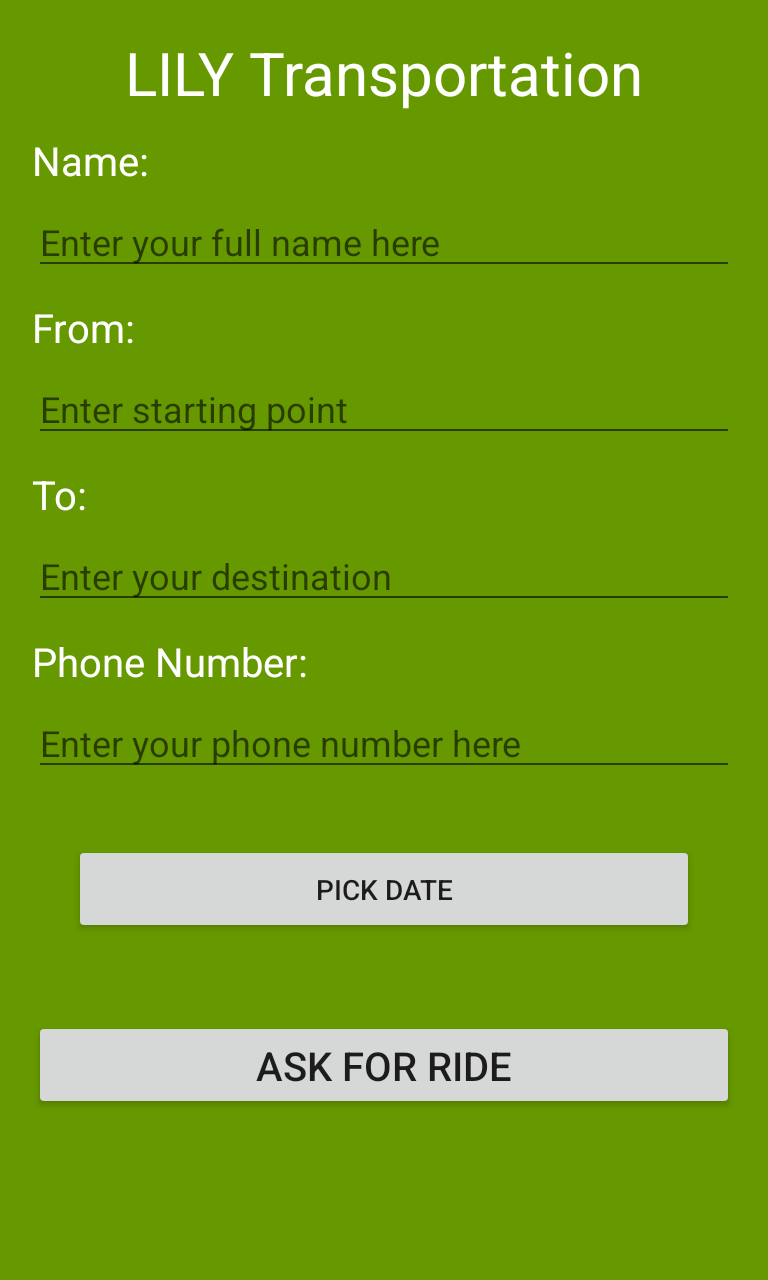
Repository: bwoldemi/LilyTrans
Layout: TransLily/res/layout/activity_main.xml
These files come from the project's save history. The layout is drawn as it stood at one moment and after the next save; the edit follows.
It is drawn on a 768 x 1280 px phone screen (xhdpi) without system bars, with theme AppTheme; the app's code is not run.

Above is the layout before, as saved 2014-09-20 11:28:51.

### TransLily/res/layout/activity_main.xml
<LinearLayout xmlns:android="http://schemas.android.com/apk/res/android"
    xmlns:tools="http://schemas.android.com/tools"
    android:layout_width="match_parent"
    android:layout_height="match_parent"
    android:background="#669900"
    android:orientation="vertical"
    android:paddingBottom="@dimen/activity_vertical_margin"
    android:paddingLeft="@dimen/activity_horizontal_margin"
    android:paddingRight="@dimen/activity_horizontal_margin"
    android:paddingTop="@dimen/activity_vertical_margin"
    android:scrollbars="vertical"
    tools:context="com.example.translily.MainActivity" >

    <TextView
        android:layout_width="fill_parent"
        android:layout_height="wrap_content"
        android:layout_marginBottom="10sp"
        android:gravity="center"
        android:text="@string/lily"
        android:textColor="#FFF"
        android:textSize="30sp" />

    <TextView
        android:layout_width="fill_parent"
        android:layout_height="wrap_content"
        android:layout_marginBottom="5sp"
        android:text="@string/senior_name"
        android:textColor="#FFF"
        android:textSize="20sp" />

    <EditText
        android:id="@+id/name"
        android:layout_width="fill_parent"
        android:layout_height="wrap_content"
        android:layout_marginBottom="10sp"
        android:hint="@string/typein_name"
        android:textColor="#FFF" />

    <TextView
        android:layout_width="fill_parent"
        android:layout_height="wrap_content"
        android:layout_marginBottom="5sp"
        android:text="@string/starting_point"
        android:textColor="#FFF"
        android:textSize="20sp" />

    <EditText
        android:id="@+id/from"
        android:layout_width="fill_parent"
        android:layout_height="wrap_content"
        android:layout_marginBottom="10sp"
        android:hint="@string/starting_location"
        android:textColor="#FFF" />

    <TextView
        android:layout_width="fill_parent"
        android:layout_height="wrap_content"
        android:layout_marginBottom="5sp"
        android:text="@string/destination_point"
        android:textColor="#FFF"
        android:textSize="20sp" />

    <EditText
        android:id="@+id/to"
        android:layout_width="fill_parent"
        android:layout_height="wrap_content"
        android:layout_marginBottom="10sp"
        android:hint="@string/ending_location"
        android:textColor="#FFF" />

    <TextView
        android:layout_width="fill_parent"
        android:layout_height="wrap_content"
        android:layout_marginBottom="5sp"
        android:text="@string/contact_info"
        android:textColor="#FFF"
        android:textSize="20sp" />

    <EditText
        android:id="@+id/phoneNumber"
        android:layout_width="fill_parent"
        android:layout_height="wrap_content"
        android:layout_marginBottom="10sp"
        android:hint="@string/phone_number"
        android:inputType="phone"
        android:textColor="#FFF" />



    <Button

        android:layout_width="fill_parent"
        android:layout_margin="20dp"
        android:layout_height="wrap_content"
        android:onClick="showDatePickerDialog"
        android:text="@string/pick_date" />

    <Button
        android:layout_marginTop="20sp"
        android:layout_width="fill_parent"
        android:layout_height="wrap_content"
        android:onClick="askForRide"
        android:text="@string/button_askride"
        android:textSize="20sp"/>



</LinearLayout>

### TransLily/res/values/strings.xml
<?xml version="1.0" encoding="utf-8"?>
<resources>

    <string name="app_name">TransLily</string>
    <string name="hello_world">Hello world!</string>
    <string name="action_settings">Settings</string>
    <string name="lily">LILY Transportation </string>
     <string name="starting_point">From: </string>
    <string name="starting_location">Enter starting point</string>
    <string name="destination_point">To: </string>
    <string name="ending_location">Enter your destination</string>
    <string name="senior_name"> Name: </string>
    <string name="typein_name"> Enter your full name here</string>
    <string name="contact_info"> Phone Number: </string>
    <string name="phone_number"> Enter your phone number here</string>
    <string name="button_askride"> Ask for ride</string>
    <string name="button_offerride"> Offer ride</string>
    <string name="pick_time"> Pick time </string>
    <string name="pick_date"> Pick date </string>
    <string name="title_activity_ask_ride">AskRideActivity</string>

</resources>

Loaded but not shown: TransLily/res/values/styles.xml (common file); TransLily/res/values-v11/styles.xml (common file); TransLily/res/values-v14/styles.xml (common file); TransLily/res/values/dimens.xml (common file); TransLily/res/values-w820dp/dimens.xml (common file)

After the next save:
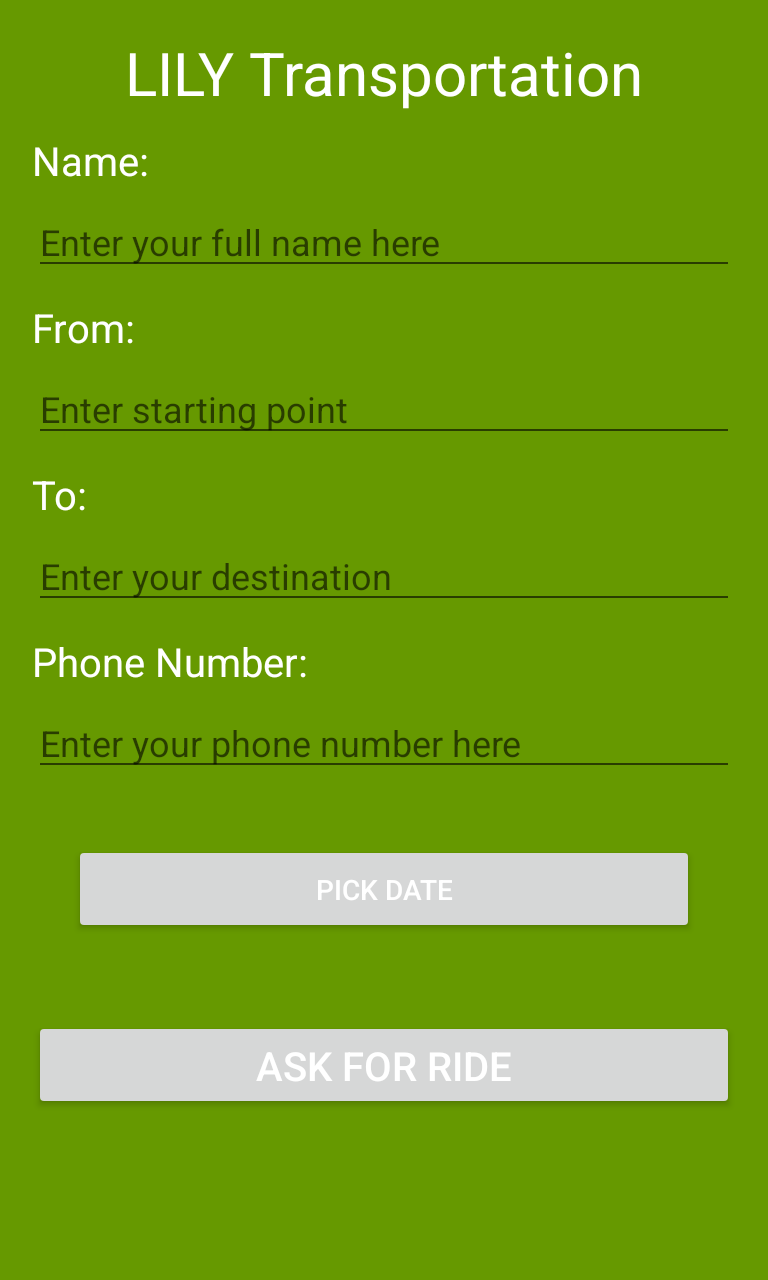
Saved 32 s later.
--- a/TransLily/res/layout/activity_main.xml
+++ b/TransLily/res/layout/activity_main.xml
@@ -88,11 +88,11 @@
 
 
     <Button
-
         android:layout_width="fill_parent"
         android:layout_margin="20dp"
         android:layout_height="wrap_content"
         android:onClick="showDatePickerDialog"
+         android:textColor="#FFF"
         android:text="@string/pick_date" />
 
     <Button
@@ -101,6 +101,7 @@
         android:layout_height="wrap_content"
         android:onClick="askForRide"
         android:text="@string/button_askride"
+         android:textColor="#FFF"
         android:textSize="20sp"/>
 
 
